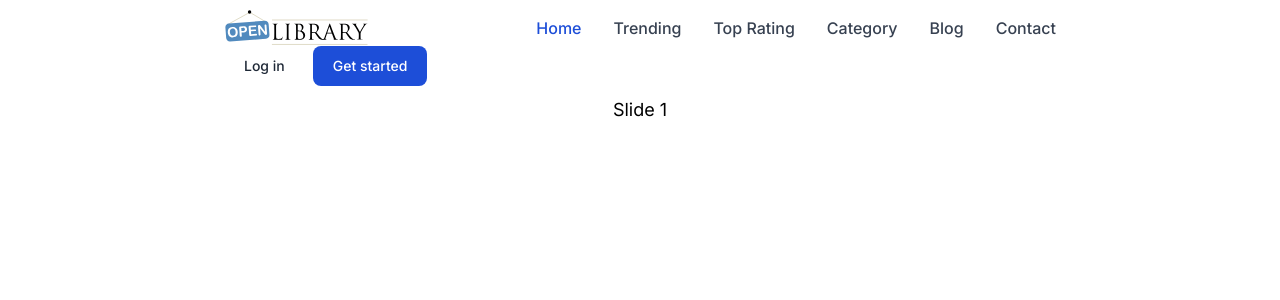
Repository: XuanKhanhHoang/Library-System-Frontend
Page: /
These files come from the project's save history. The page is drawn as it stood at one moment and after the next save; the edit follows.
The browser window is 1280 px wide. The pictures show the whole page.
The project was rebuilt for these pictures with package versions that can differ from the ones it lists, and the page was loaded fresh each time. The framework's server and built-in components were replaced by stand-ins that run in the browser. Also part of the build but not shown: next.config.mjs.

Above is the page before, as saved 2024-09-22 00:19:32.

After the next save:
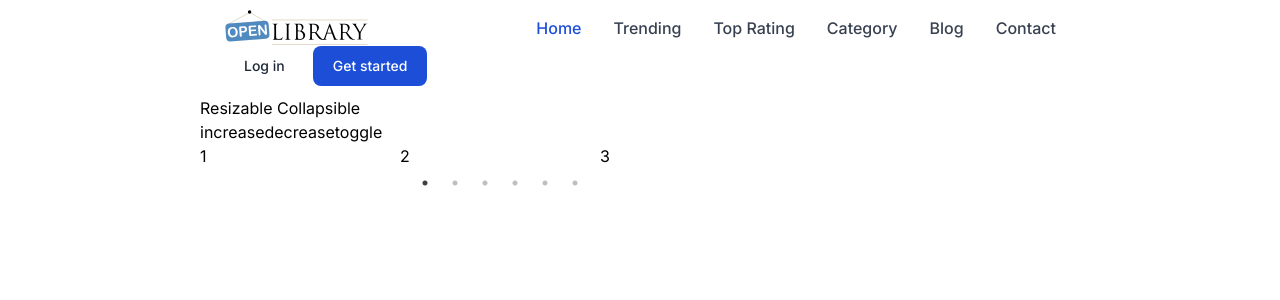
Saved 19 min 4 s later.
--- a/src/app/page.tsx
+++ b/src/app/page.tsx
@@ -1,25 +1,60 @@
+"use client";
 import React, { useRef, useState } from "react";
-// Import Swiper React components
-import { Swiper, SwiperSlide } from "swiper/react";
-
-// Import Swiper styles
-import "swiper/css";
+import Slider from "react-slick";
 
 export default function Home() {
+  const [display, setDisplay] = useState(true);
+  const [width, setWidth] = useState(600);
+
+  const settings = {
+    dots: true,
+    infinite: true,
+    speed: 500,
+    slidesToShow: 3,
+    slidesToScroll: 1,
+  };
   return (
-    <div className="swiper mySwiper">
-      <div className="swiper-wrapper">
-        <div className="swiper-slide">Slide 1</div>
-        <div className="swiper-slide">Slide 2</div>
-        <div className="swiper-slide">Slide 3</div>
-        <div className="swiper-slide">Slide 4</div>
-        <div className="swiper-slide">Slide 5</div>
-        <div className="swiper-slide">Slide 6</div>
-        <div className="swiper-slide">Slide 7</div>
-        <div className="swiper-slide">Slide 8</div>
-        <div className="swiper-slide">Slide 9</div>
+    <div className="slider-container">
+      <h2> Resizable Collapsible </h2>
+      <button className="button" onClick={() => setWidth(width + 100)}>
+        {" "}
+        increase{" "}
+      </button>
+      <button className="button" onClick={() => setWidth(width - 100)}>
+        {" "}
+        decrease{" "}
+      </button>
+      <button className="button" onClick={() => setDisplay(!display)}>
+        {" "}
+        toggle{" "}
+      </button>
+      <div
+        style={{
+          width: width + "px",
+          display: display ? "block" : "none",
+        }}
+      >
+        <Slider {...settings}>
+          <div>
+            <h3>1</h3>
+          </div>
+          <div>
+            <h3>2</h3>
+          </div>
+          <div>
+            <h3>3</h3>
+          </div>
+          <div>
+            <h3>4</h3>
+          </div>
+          <div>
+            <h3>5</h3>
+          </div>
+          <div>
+            <h3>6</h3>
+          </div>
+        </Slider>
       </div>
-      <div className="swiper-pagination"></div>
     </div>
   );
 }
